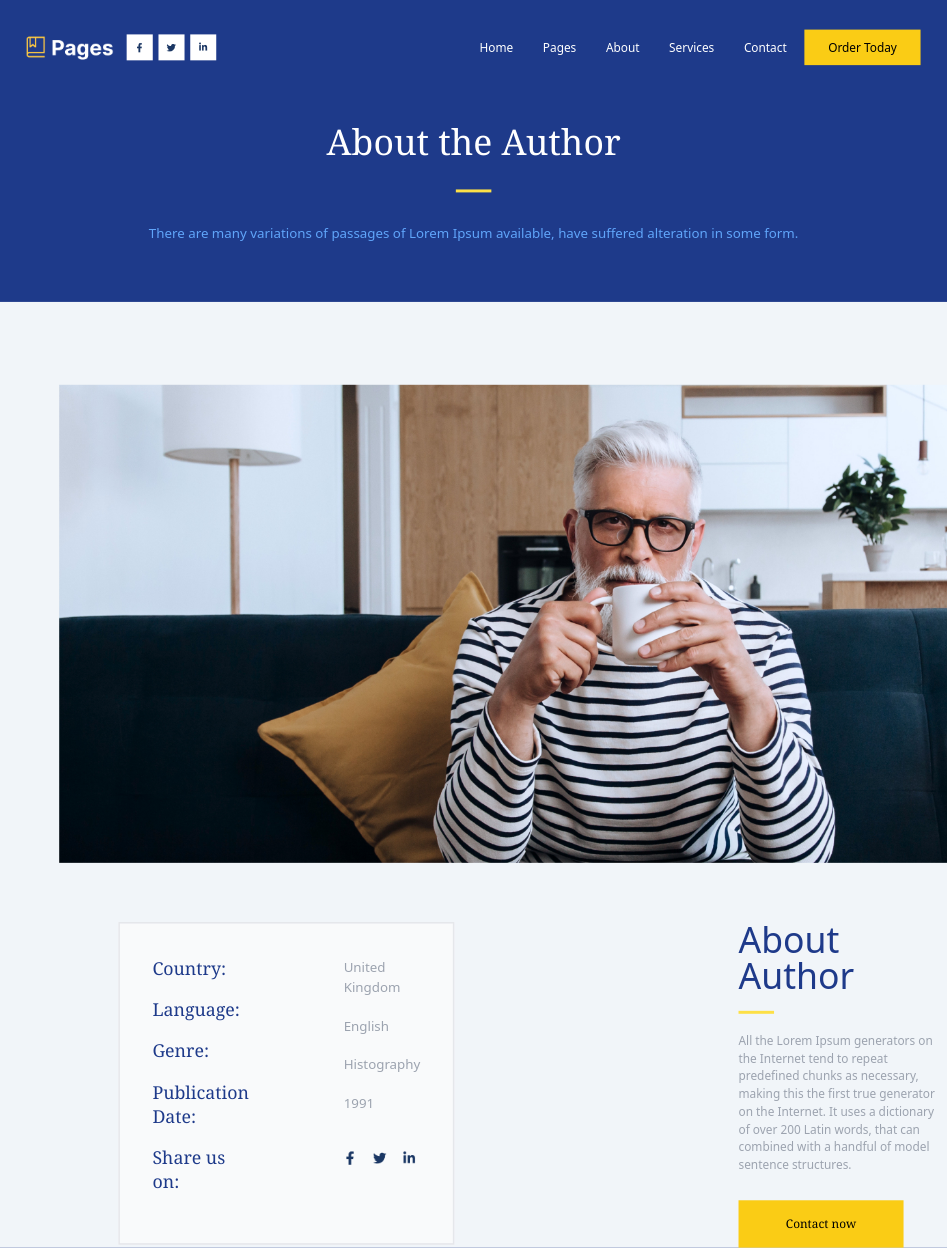
Repository: Godnorg/Class3
Page: index.html
The author's editor kept a copy of each file at every save. The page is drawn from the files as they stood at one save, then again after the next save.
The browser window is 1280 px wide. The pictures show the whole page, at 74% of full size.
Some web libraries are served in a nearby version.

Above is the page before, as saved 2023-02-20 03:26:43.

### index.html
<!DOCTYPE html>
<html lang="en">
<head>
    <meta charset="UTF-8">
    <meta http-equiv="X-UA-Compatible" content="IE=edge">
    <meta name="viewport" content="width=device-width, initial-scale=1.0">
    <title>Class3</title>
    <script src="https://cdn.tailwindcss.com"></script>
</head>
<body class="w-full bg-blue-900">
<div class="flex items-center justify-between w-full pt-10 mx-auto px-9 max-w-7xl">
    <div class="flex gap-4 ">
    <img src="./Logo.png">
    <img src="./soc-icons.png" class="h-9">
    </div>
    <div class="flex gap-6">
        <ul class="flex items-center gap-10 text-white">
            <li><a href="#">Home</a></li>
            <li><a href="#">Pages</a></li>
            <li><a href="#">About</a></li>
            <li><a href="#">Services</a></li>
            <li><a href="#">Contact</a></li>
        </ul>
        <button class="px-8 py-3 mx-auto bg-yellow-400 font-sans-serif">Order Today</button>
    </div>
    </div>
    <div class="items-center mx-auto">
    <h1 class="items-center pt-20 pb-10 font-serif text-5xl text-center text-white">About the Author</h1>
        <div
            class="items-center w-12 h-1 mx-auto text-center bg-yellow-300">
        </div>
        <p class="items-center pt-10 pb-20 mx-auto text-lg text-center text-blue-400">There are many variations of passages of Lorem Ipsum available, have suffered alteration in some form.</p>
    </div>

    <div class= " bg-slate-100">
        <div class="relative w-full pb-20 pl-20 mx-auto pt-28 max-w-7xl">
        <img src="./oldman2.jpg">
        </div>
        <div class="flex max-w-7xl">
        <div class="max-w-xl ml-40 h-2/3 mr-96 bg-gray-50">
            <div class="flex mt-0 border-2 pt-11 px-11 pb-11">
                <div class="pr-32">
                <h2 class="flex pb-6 font-serif text-2xl font-medium text-blue-900">Country:</h2>
                <h2 class="flex pb-6 font-serif text-2xl text-blue-900 font-bod">Language:</h2>
                <h2 class="flex pb-6 font-serif text-2xl font-medium text-blue-900">Genre:</h2>
                <h2 class="flex pb-6 font-serif text-2xl font-medium text-blue-900">Publication Date:</h2>
                <h2 class="flex pb-6 font-serif text-2xl font-medium text-blue-900">Share us on:</h2>
                </div>
                <div class="p-0">
                <p class="pb-6 pr-0 text-lg text-gray-400 ">United Kingdom</p>
                <p class="pb-6 pr-0 text-lg text-gray-400">English</p>
                <p class="pb-6 pr-0 text-lg text-gray-400">Histography</p>
                <p class="pb-6 pr-0 text-lg text-gray-400">1991</p>
                <img src="./socialmedia.png" class="pb-6 pr-0 pt-7">
                </div>
            </div>
        </div>
        <div class="ml-0">
          <h1 class="text-5xl text-blue-900 ">About Author</h1>
          <div class="w-12 h-1 my-6 bg-yellow-300"></div>
          <p class="text-gray-400">All the Lorem Ipsum generators on the Internet tend to repeat predefined chunks as necessary, making this the first true generator on the Internet. It uses a dictionary of over 200 Latin words, that can combined with a handful of model sentence structures.</p>
          <button class="px-16 py-5 mx-auto font-serif bg-yellow-400 mt-9">Contact now</button>
        </div>
    </div>
</div>

</body>
</html>

After the next save:
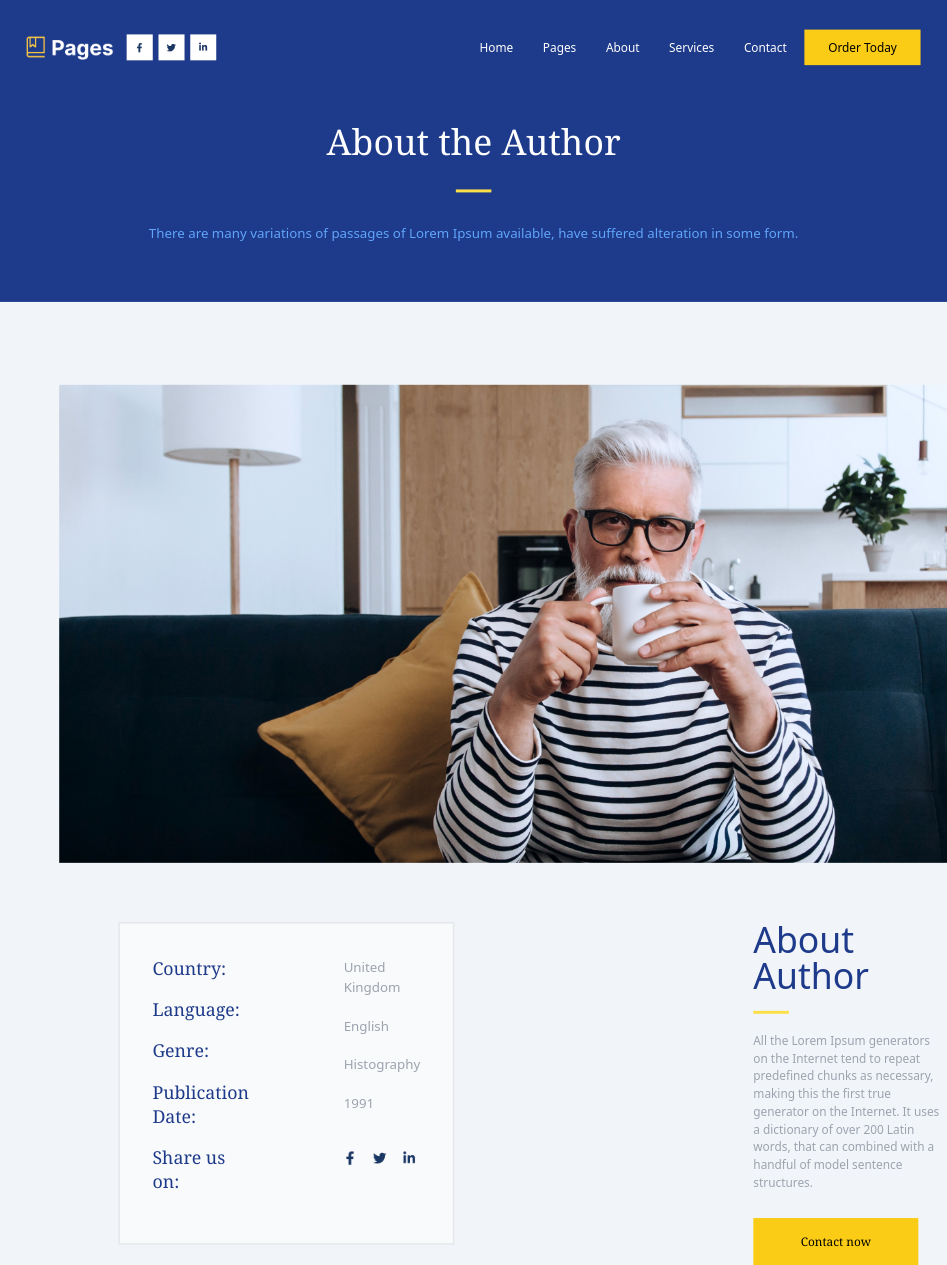
Saved 13 s later.
--- a/index.html
+++ b/index.html
@@ -55,7 +55,7 @@
                 </div>
             </div>
         </div>
-        <div class="ml-0">
+        <div class="pl-5 ml-0">
           <h1 class="text-5xl text-blue-900 ">About Author</h1>
           <div class="w-12 h-1 my-6 bg-yellow-300"></div>
           <p class="text-gray-400">All the Lorem Ipsum generators on the Internet tend to repeat predefined chunks as necessary, making this the first true generator on the Internet. It uses a dictionary of over 200 Latin words, that can combined with a handful of model sentence structures.</p>

After the 3 saves that followed:
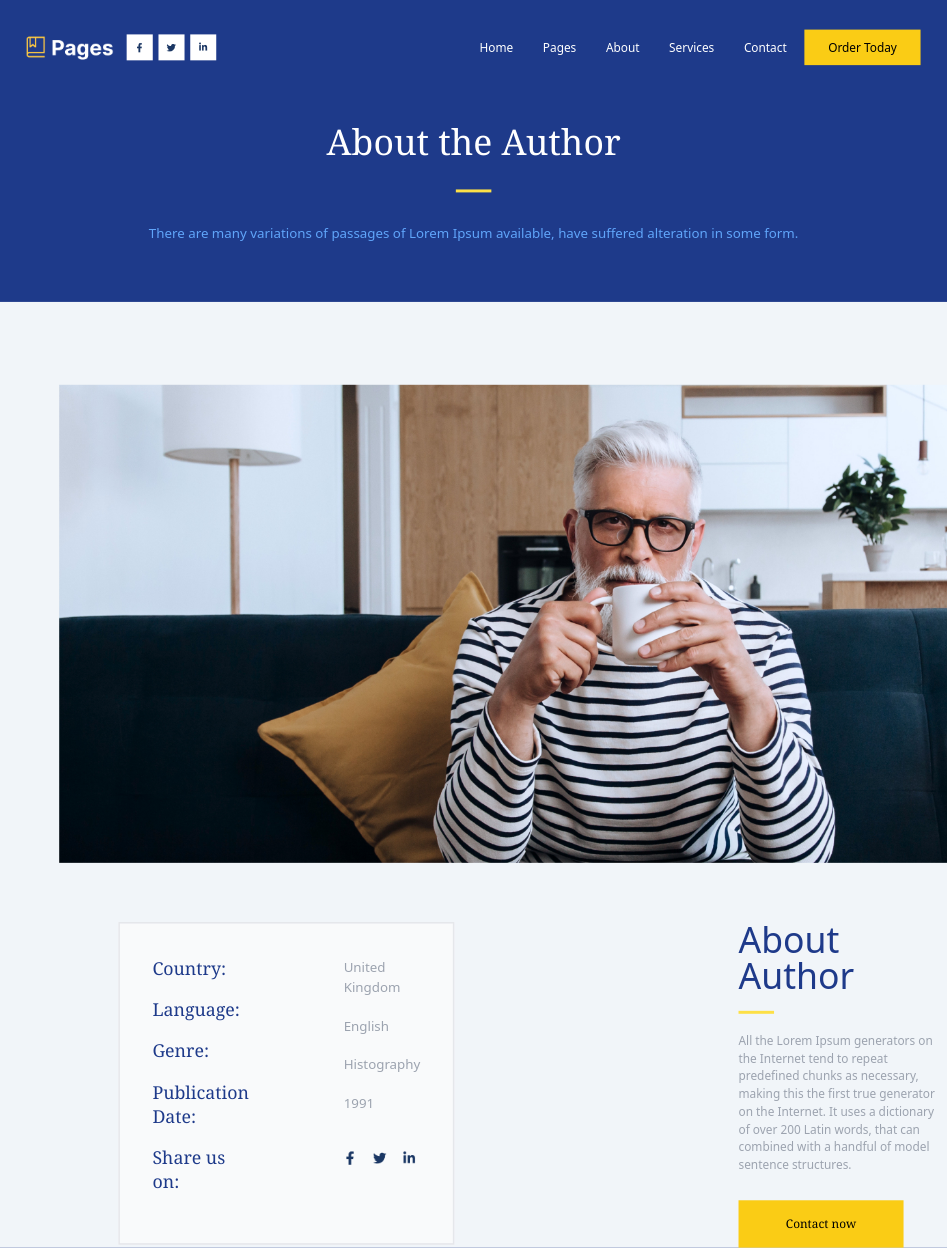
The 3 saves are shown as one change because 1 left the picture as it was and some came seconds apart.
The last was saved 21 s later.
--- a/index.html
+++ b/index.html
@@ -55,7 +55,7 @@
                 </div>
             </div>
         </div>
-        <div class="pl-5 ml-0">
+        <div class="ml-ml-5">
           <h1 class="text-5xl text-blue-900 ">About Author</h1>
           <div class="w-12 h-1 my-6 bg-yellow-300"></div>
           <p class="text-gray-400">All the Lorem Ipsum generators on the Internet tend to repeat predefined chunks as necessary, making this the first true generator on the Internet. It uses a dictionary of over 200 Latin words, that can combined with a handful of model sentence structures.</p>
